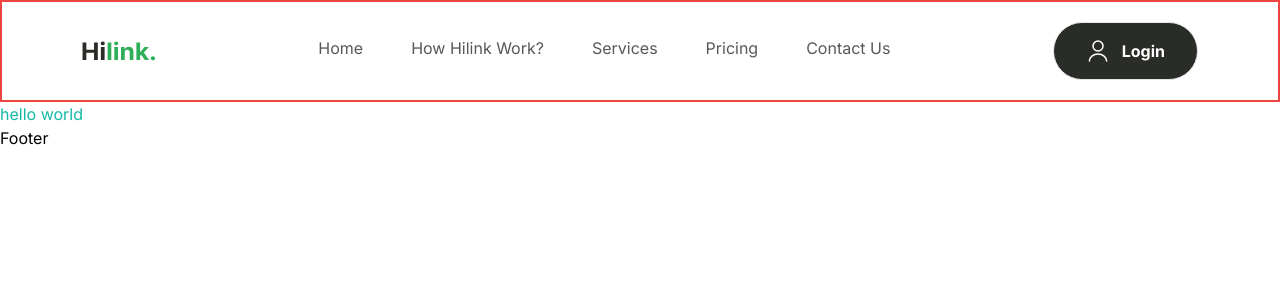
Repository: tarun4141/travel-app
Page: /
An editor plug-in stored every save of this project. The page is shown before and after a run of saves, followed by the edit.
The browser window is 1280 px wide. The pictures show the whole page.
The project was rebuilt for these pictures with package versions that can differ from the ones it lists, and the page was loaded fresh each time. The framework's server and built-in components were replaced by stand-ins that run in the browser. Also part of the build but not shown: next.config.mjs.

Above is the page before, as saved 2024-06-23 02:12:47.

After the next 7 saves:
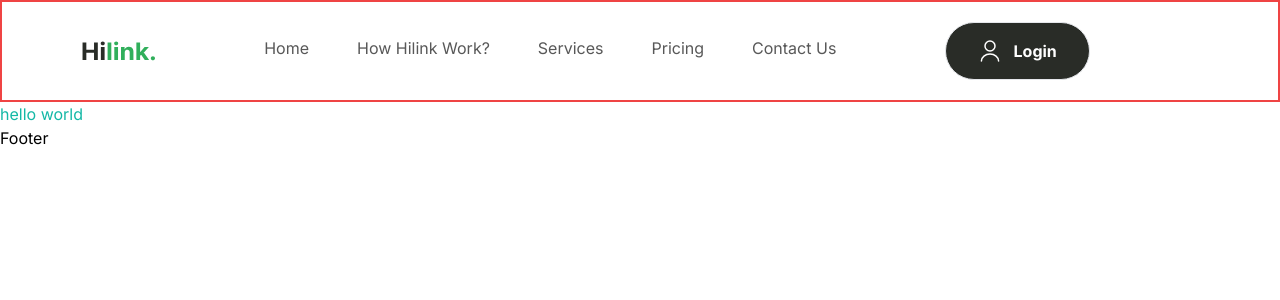
The 7 saves are shown as one change because they came seconds apart.
The last was saved 34 s later.
--- a/components/Navbar.tsx
+++ b/components/Navbar.tsx
@@ -40,7 +40,7 @@ const Navbar = () => {
    variant="btn_dark_green"
    />
 </div>
-
+<Image/>
 
 
 
